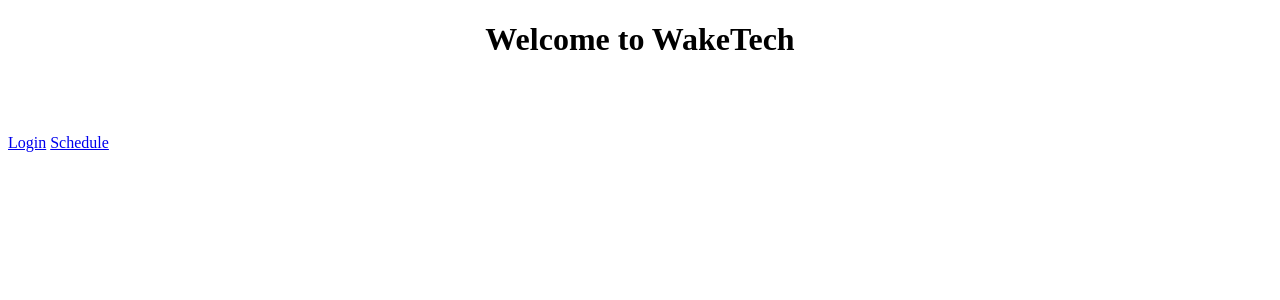
Repository: weshayutin/java258Online
Page: http://localhost/Week5Assignment2/menu.jsp
An editor plug-in stored every save of this project. The page is shown before and after the next save, followed by the edit.
The browser window is 1280 px wide. The pictures show the whole page.
The page is served by Tomcat 9. Other server files are loaded and not shown.

Above is the page before, as saved 2011-02-14 00:47:45.

### workspace/Week5Assignment2/WebContent/menu.jsp
<%@ page language="java" contentType="text/html; charset=UTF-8"
    pageEncoding="UTF-8"%>
<!DOCTYPE html PUBLIC "-//W3C//DTD HTML 4.01 Transitional//EN" "http://www.w3.org/TR/html4/loose.dtd">
<html>
<head>
<meta http-equiv="Content-Type" content="text/html; charset=UTF-8">
<title> Welcome to WakeTech</title>
<h1 align="center"> Welcome to WakeTech</h1>
</head>
<body>
<br><br><br>
<a href="login.jsp">Login</a>
<a href="schedule.jsp">Schedule</a>



</body>
</html>

After the next save:
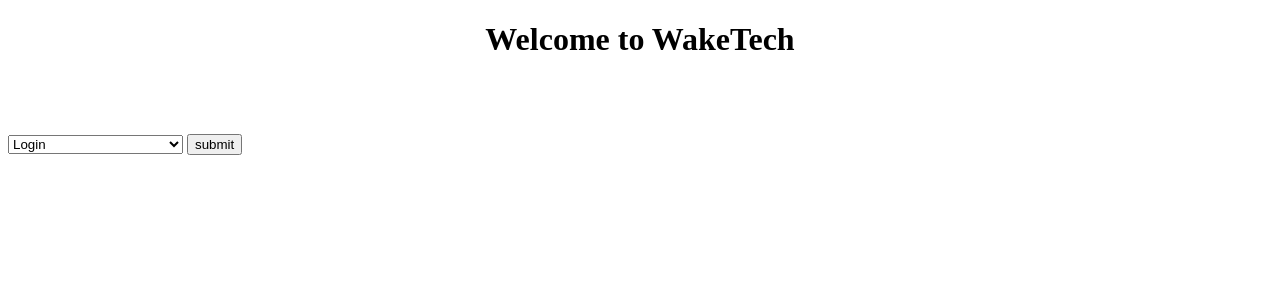
Saved 4 min 38 s later.
--- a/workspace/Week5Assignment2/WebContent/menu.jsp
+++ b/workspace/Week5Assignment2/WebContent/menu.jsp
@@ -9,9 +9,19 @@
 </head>
 <body>
 <br><br><br>
-<a href="login.jsp">Login</a>
-<a href="schedule.jsp">Schedule</a>
+<form method="post" action="ValidateUser.do">
+ <select>
+  <option value="login">Login</option>
+  <option value="classcriteria">Search By Criteria</option>
+  <option value="classdisplay">Search By Prefix</option>
+  <option value="schedule">Display Student Schedule</option>
+</select>
 
+	 <input type="SUBMIT" value="submit" name=mypage/>
+
+
+
+</form>
 
 
 </body>
